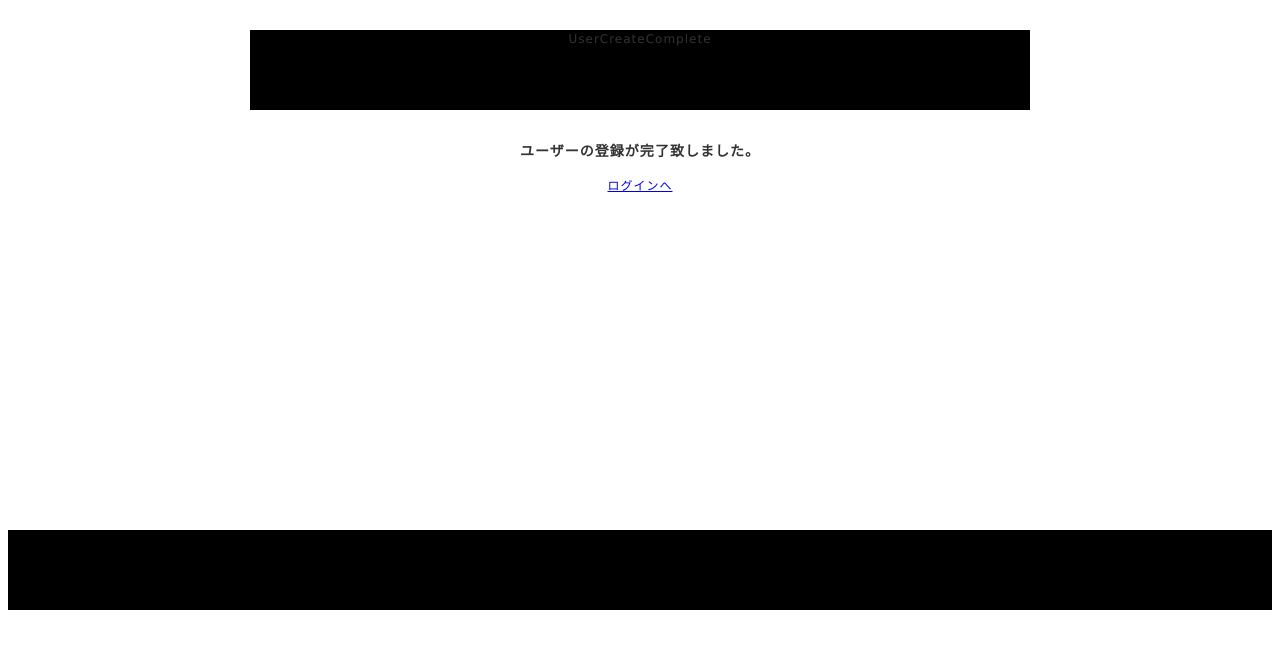
Repository: MasayaOuchi/test
Page: http://localhost/template/userCreateComplete.jsp
These files come from the project's save history. The page is drawn as it stood at one moment and after the next save; the edit follows.
The browser window is 1280 px wide. The page is 1280 px wide, then 1282 px, so the pictures cover 1282 px, including what lies to the right of the window. The pictures show the whole page.
The page is served by Tomcat 9. Other server files are loaded and not shown.

Above is the page before, as saved 2018-10-26 06:48:17.

### template/WebContent/userCreateComplete.jsp
<%@ page language="java" contentType="text/html; charset=UTF-8"
	pageEncoding="UTF-8"%>
<%@ taglib prefix="s" uri="/struts-tags"%>
<!DOCTYPE html>
<html>
<head>
	<meta http-equiv="Content-Type" content="text/html; charset=utf-8" />
	<meta http-equiv="Content-Style-Type" content="text/css" />
	<meta http-equiv="Content-Script-Type" content="text/javasctipt" />
	<meta http-equiv="imagetoolbar" content="no" />
	<meta name="descrption" content="" />
	<meta name="keywords" content="" />
	<title>UserCreateComplete画面</title>

	<style type="text/css">
	/* =========TAG LAYOUT========= */
	body{
	mardin:0;
	padding:0;
	line-height:1.6;
	letter-spacing:1px;
	font-family:Verdana, Helvetica, sans-serif;
	font-size:12px;
	color:#333;
	background:#fff;
	}

	table{
	text-align:center;
	margin:0 auto;
	}
	/* =========ID LAYOUT========== */
	#top {
	width:780px;
	margin:30px auto;
	border`
	width:100%;
	height:80px;
	background-color: black;
	}

	#main{
	width: 100%;
	height:500px;
	text-align:center;
	}

	#footer{
	width:100%;
	height:80px;
	background-color: black;
	clear:both;
	}
	</style>
</head>
<body>
	<div id="header">
		<div id="pr">
		</div>
	</div>
	<div id="main">
		<div id="top">
			<p>UserCreateComplete</p>
		</div>
		<div>
			<h3>ユーザーの登録が完了致しました。</h3>
			<div>
				<a href='<s:url action="HomeAction" />'>ログインへ</a>
			</div>
		</div>
	</div>
	<div id="footer">
		<div id="pr">
		</div>
	</div>
</body>
</html>

After the next save:
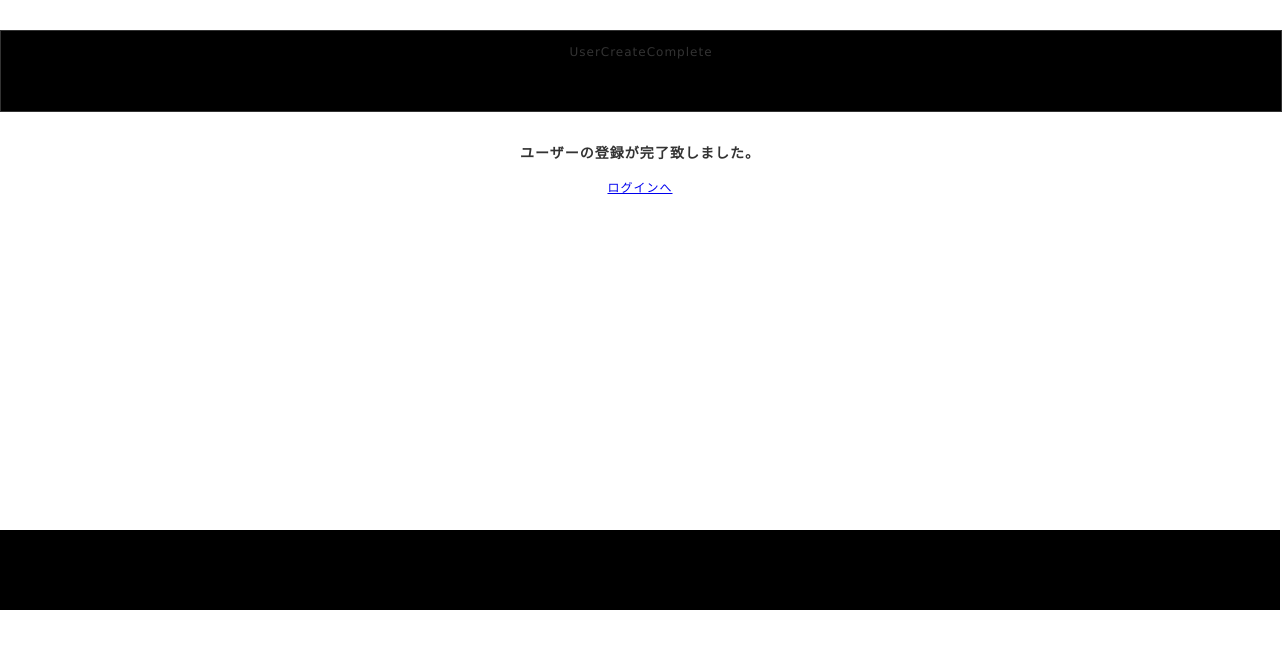
Saved 2 min 10 s later.
--- a/template/WebContent/userCreateComplete.jsp
+++ b/template/WebContent/userCreateComplete.jsp
@@ -6,16 +6,16 @@
 <head>
 	<meta http-equiv="Content-Type" content="text/html; charset=utf-8" />
 	<meta http-equiv="Content-Style-Type" content="text/css" />
-	<meta http-equiv="Content-Script-Type" content="text/javasctipt" />
+	<meta http-equiv="Content-Script-Type" content="text/javascript" />
 	<meta http-equiv="imagetoolbar" content="no" />
-	<meta name="descrption" content="" />
+	<meta name="description" content="" />
 	<meta name="keywords" content="" />
 	<title>UserCreateComplete画面</title>
 
 	<style type="text/css">
 	/* =========TAG LAYOUT========= */
 	body{
-	mardin:0;
+	margin:0;
 	padding:0;
 	line-height:1.6;
 	letter-spacing:1px;
@@ -33,7 +33,7 @@
 	#top {
 	width:780px;
 	margin:30px auto;
-	border`
+	border:1px solid #333;
 	width:100%;
 	height:80px;
 	background-color: black;
